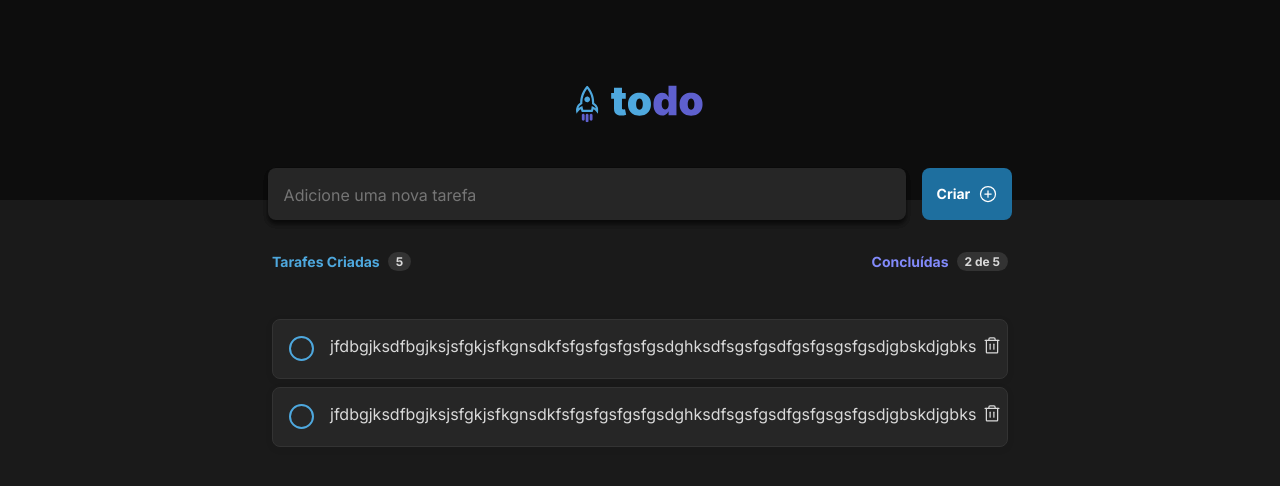
Repository: guilhermecardoso93/todolistreact
Page: /
The author's editor kept a copy of each file at every save. The page is drawn from the files as they stood at one save, then again after the next save.
The browser window is 1280 px wide. The pictures show the whole page.
The project was rebuilt for these pictures with package versions that can differ from the ones it lists, and the page was loaded fresh each time. Also part of the build but not shown: vite.config.ts.

Above is the page before, as saved 2022-07-05 20:14:17.

After the next save:
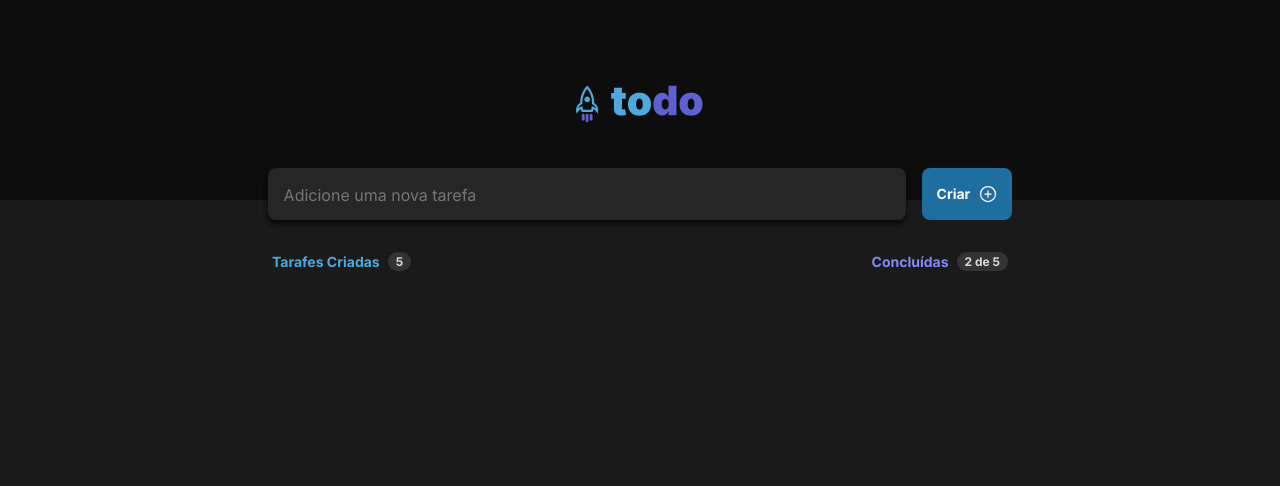
Saved 20 s later.
--- a/src/Tasks.tsx
+++ b/src/Tasks.tsx
@@ -90,47 +90,6 @@ export function Tasks(props: TaskDelete) {
             </div>
           </div>
         ))}
-
-        <div>
-          <div className={styles.tasksList}>
-            <div className={styles.tasksListItem}>
-              <div>
-                <label className={styles.containerList}>
-                  <input type="checkbox" />
-                  <span className={styles.checkmark} />
-                </label>
-              </div>
-              <div className={styles.taskText}>
-                <p>
-                  jfdbgjksdfbgjksjsfgkjsfkgnsdkfsfgsfgsfgsfgsdghksdfsgsfgsdfgsfgsgsfgsdjgbskdjgbks
-                </p>
-              </div>
-              <div>
-                <button className={styles.delete}>
-                  <Trash size={20} />{" "}
-                </button>
-              </div>
-            </div>
-            <div className={styles.tasksListItem}>
-              <div>
-                <label className={styles.containerList}>
-                  <input type="checkbox" />
-                  <span className={styles.checkmark} />
-                </label>
-              </div>
-              <div className={styles.taskText}>
-                <p>
-                  jfdbgjksdfbgjksjsfgkjsfkgnsdkfsfgsfgsfgsfgsdghksdfsgsfgsdfgsfgsgsfgsdjgbskdjgbks
-                </p>
-              </div>
-              <div>
-                <button className={styles.delete}>
-                  <Trash size={20} />{" "}
-                </button>
-              </div>
-            </div>
-          </div>
-        </div>
       </div>
     </>
   );
